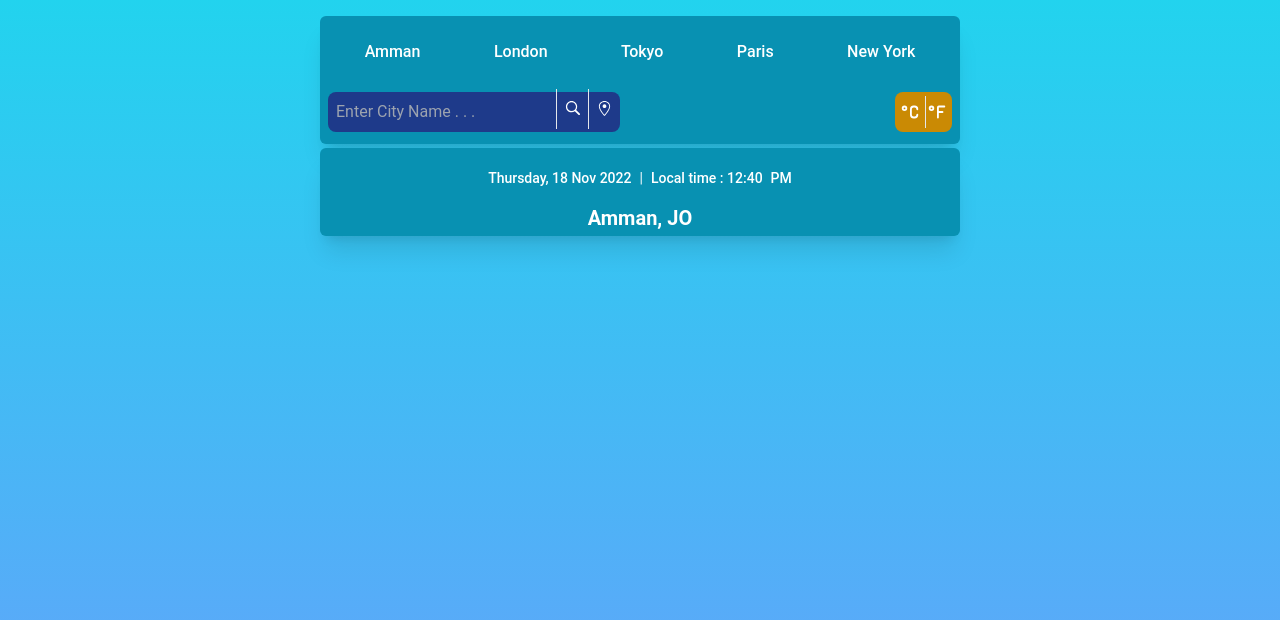
Repository: SaadYasin/next-js-forecast-tailwind
Page: /
The author's editor kept a copy of each file at every save. The page is drawn from the files as they stood at one save, then again after the next save.
The browser window is 1280 px wide. The pictures show the whole page.
The project was rebuilt for these pictures with package versions that can differ from the ones it lists, and the page was loaded fresh each time. The framework's server and built-in components were replaced by stand-ins that run in the browser.

Above is the page before, as saved 2022-11-18 23:06:17.

After the next save:
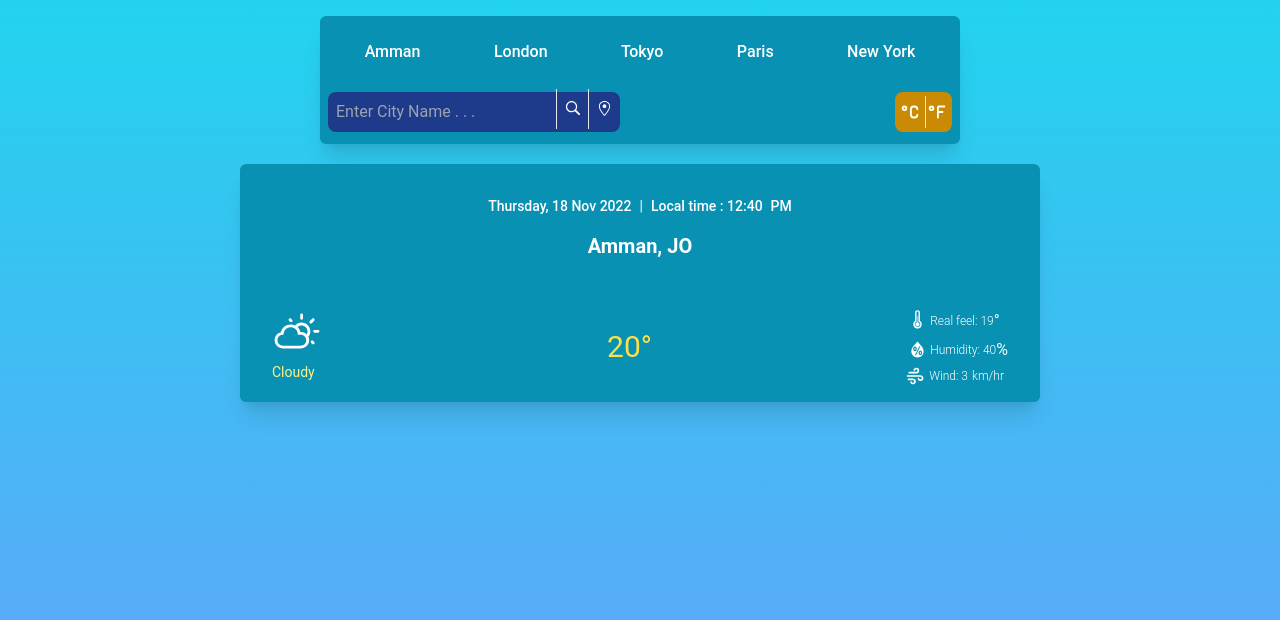
Saved 17 h 23 min later.
--- a/components/MainCard.js
+++ b/components/MainCard.js
@@ -1,13 +1,68 @@
-import TimeAndDate from './TimeAndDate'
-import Location from './Location';
+import Image from "next/image";
+
+// Import components
+import TimeAndDate from "./TimeAndDate";
+import Location from "./Location";
+
+// Import react icons
+import {
+  WiThermometer,
+  WiHumidity,
+  WiSunrise,
+  WiSunset,
+  WiDayCloudy,
+} from "react-icons/wi";
+import { TbArrowNarrowDown, TbArrowNarrowUp, TbWind } from "react-icons/tb";
 
 const MainCard = () => {
+  const statusURL = "https://openweathermap.org/img/wn/";
 
   return (
     <div className="flex flex-col items-center">
-      <div className="text-white w-[22.5rem] md:w-3/4 lg:w-[40rem] bg-cyan-600 h-max-content p-1 mt-4 rounded-md shadow-xl">
+      <div className="text-white w-[22.5rem] md:w-3/4 lg:w-[50rem] bg-cyan-600 h-max-content py-4 mt-8 rounded-md shadow-xl">
         <TimeAndDate />
         <Location />
+
+        {/* Card middle */}
+        <div className="flex justify-between items-center mx-8 mt-12 md:gap-32 lg:gap-52">
+          {/* Weather status and description */}
+          <div>
+            <WiDayCloudy size={50} />
+            {/* <Image
+                      src={`${statusURL}01d@2x.png`}
+                      width={100}
+                      height={100}
+                      alt="icon"
+                    /> */}
+            <h3 className="text-sm text-yellow-200">Cloudy</h3>
+          </div>
+
+          {/* Current temperature */}
+          <div>
+            <h1 className="text-3xl text-yellow-300 ml-4 pl-4">
+              20<span>&deg;</span>
+            </h1>
+          </div>
+
+          {/* More weather data - wind speed, humidity, real feel */}
+          <div className="flex flex-col items-start gap-1">
+            <div className="flex items-center">
+              <WiThermometer size={25} />
+              <span className="text-xs font-light">Real feel: 19</span>
+              <span>&deg;</span>
+            </div>
+            <div className="flex items-center">
+              <WiHumidity size={25} />
+              <span className="text-xs font-light">Humidity: 40</span>
+              <span>%</span>
+            </div>
+            <div className="flex items-center">
+              <TbWind size={20} />
+              <span className="text-xs font-light ml-1">Wind: 3</span>
+              <span className="text-xs font-light ml-1">km/hr</span>
+            </div>
+          </div>
+        </div>
       </div>
     </div>
   );
